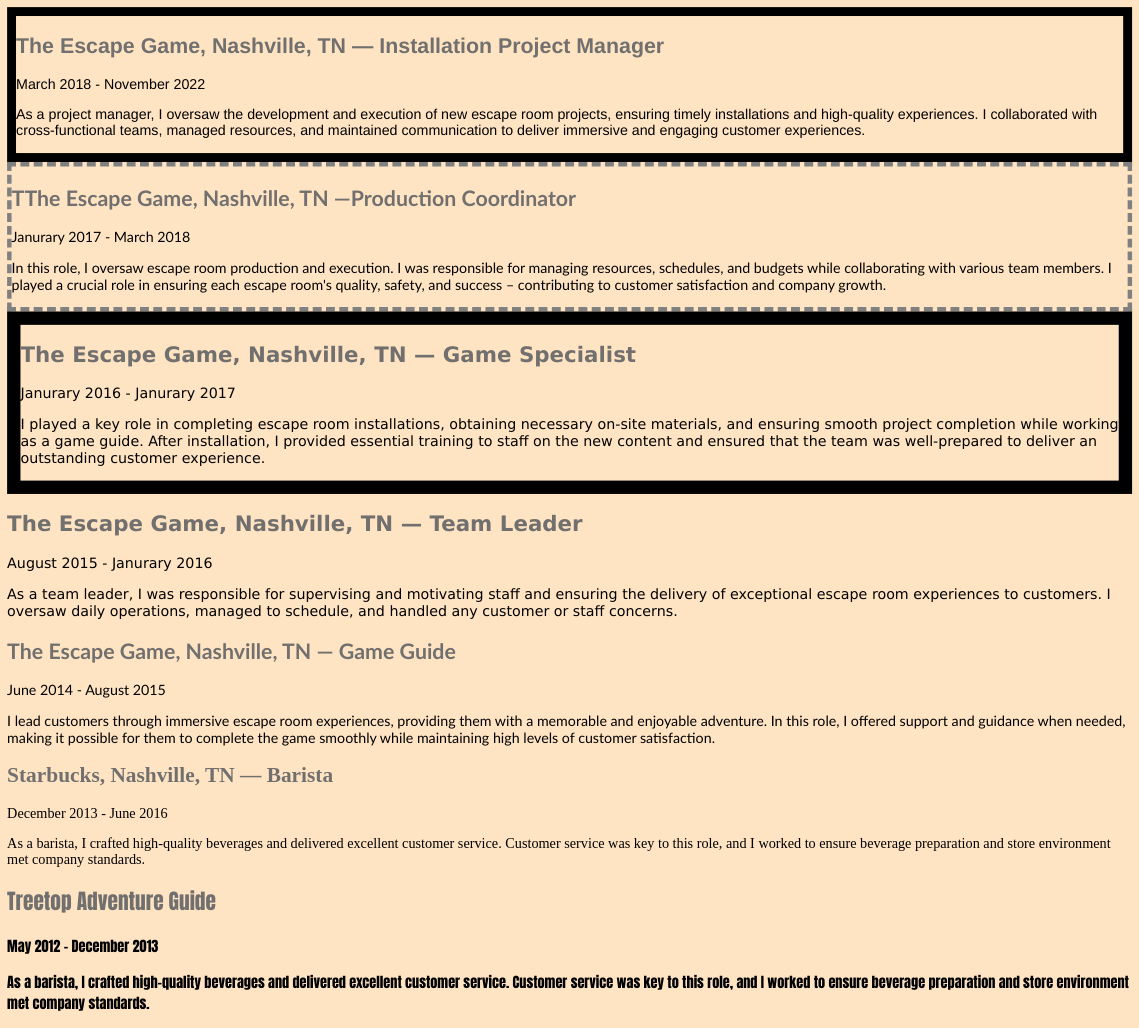
Repository: jgramirez0210/LAB-HTML-Resume
Page: index.html
The author's editor kept a copy of each file at every save. The page is drawn from the files as they stood at one save, then again after a run of saves.
The browser window is 1280 px wide. The pictures show the whole page, at 89% of full size.

Above is the page before, as saved 2023-10-10 15:36:00.

### index.html
<!DOCTYPE html>
<html lang="en">
<head>
  <meta charset="UTF-8">
  <meta name="viewport" content="width=device-width, initial-scale=1.0">
  <title>Jesse's Work Experience</title>
  <link rel="stylesheet" href="main.css">
</head>
<body>
  <article id="job7">
    <h2>The Escape Game, Nashville, TN — Installation Project Manager </h2>
    <time datetime="2018-03" >March 2018</time> - <time datetime="2022-10" >November 2022</time></time>
    <p>As a project manager, I oversaw the development and execution of new escape room projects, ensuring timely installations and high-quality experiences. I collaborated with cross-functional teams, managed resources, and maintained communication to deliver immersive and engaging customer experiences.</p>
  </article>
  <article id="job6">
    <h2>TThe Escape Game, Nashville, TN —Production Coordinator</h2>
    <time datetime="2017-01" >Janurary 2017</time> - <time datetime="2018-3" >March 2018</time></time>
    <p>In this role, I oversaw escape room production and execution. I was responsible for managing resources, schedules, and budgets while collaborating with various team members. I played a crucial role in ensuring each escape room's quality, safety, and success – contributing to customer satisfaction and company growth.
    </p>
  </article>
  <article id="job5">
    <h2>The Escape Game, Nashville, TN — Game Specialist</h2>
    <time datetime="2016-01" >Janurary 2016</time> - <time datetime="2017-01" >Janurary 2017</time></time>
    <p>I played a key role in completing escape room installations, obtaining necessary on-site materials, and ensuring smooth project completion while working as a game guide. After installation, I provided essential training to staff on the new content and ensured that the team was well-prepared to deliver an outstanding customer experience.
    </p>
  </article>
  <article id="job4">
    <h2>The Escape Game, Nashville, TN — Team Leader</h2>
    <time datetime="2015-0" >August 2015</time> - <time datetime="2016-01" >Janurary 2016</time></time>
    <p>As a team leader, I was responsible for supervising and motivating staff and ensuring the delivery of exceptional escape room experiences to customers. I oversaw daily operations, managed to schedule, and handled any customer or staff concerns.
    </p>
  </article>
  <article id="job3">
    <h2>The Escape Game, Nashville, TN — Game Guide</h2>
    <time datetime="2014-06" >June 2014</time> - <time datetime="2015-08" >August 2015</time></time>
    <p>I lead customers through immersive escape room experiences, providing them with a memorable and enjoyable adventure. In this role, I offered support and guidance when needed, making it possible for them to complete the game smoothly while maintaining high levels of customer satisfaction.
    </p>
  </article>
  <article id="job2">
    <h2>Starbucks, Nashville, TN — Barista</h2>
    <time datetime="2013-12" >December 2013</time> - <time datetime="2014-06" >June 2016</time></time>
    <p>As a barista, I crafted high-quality beverages and delivered excellent customer service. Customer service was key to this role, and I worked to ensure beverage preparation and store environment met company standards.
    </p>
  </article>
  <article id="job1">
    <h2>Treetop Adventure Guide</h2>
    <time datetime="2012-05" >May 2012</time> - <time datetime="2013-12" >December 2013</time></time>
    <p>As a barista, I crafted high-quality beverages and delivered excellent customer service. Customer service was key to this role, and I worked to ensure beverage preparation and store environment met company standards.
    </p>
  </article>
  <script src="main.js"></script>
</body>
</html>

### main.css
#job7 {
  font-family:'Franklin Gothic Medium', 'Arial Narrow', Arial, sans-serif;
  border: 10px solid black;
}
#job6 {
  font-family:'Gill Sans', 'Gill Sans MT', Calibri, 'Trebuchet MS', sans-serif;
  border: 5px dashed gray;
}
#job5 {
  font-family:'Lucida Sans', 'Lucida Sans Regular', 'Lucida Grande', 'Lucida Sans Unicode', Geneva, Verdana, sans-serif;
  border: 15px solid
}
#job4 {
  font-family:Verdana, Geneva, Tahoma, sans-serif;
}
#job3 {
  font-family:'Trebuchet MS', 'Lucida Sans Unicode', 'Lucida Grande', 'Lucida Sans', Arial, sans-serif;
}
#job2 {
  font-family:'Times New Roman', Times, serif;
}
#job1 {
  font-family:Impact, Haettenschweiler, 'Arial Narrow Bold', sans-serif
}
h2 {
  color: #71706e;
}
body {
background-color: bisque;
}

Loaded but not shown: main.js (no stored copy; drawn as an empty file)

After the next 2 saves:
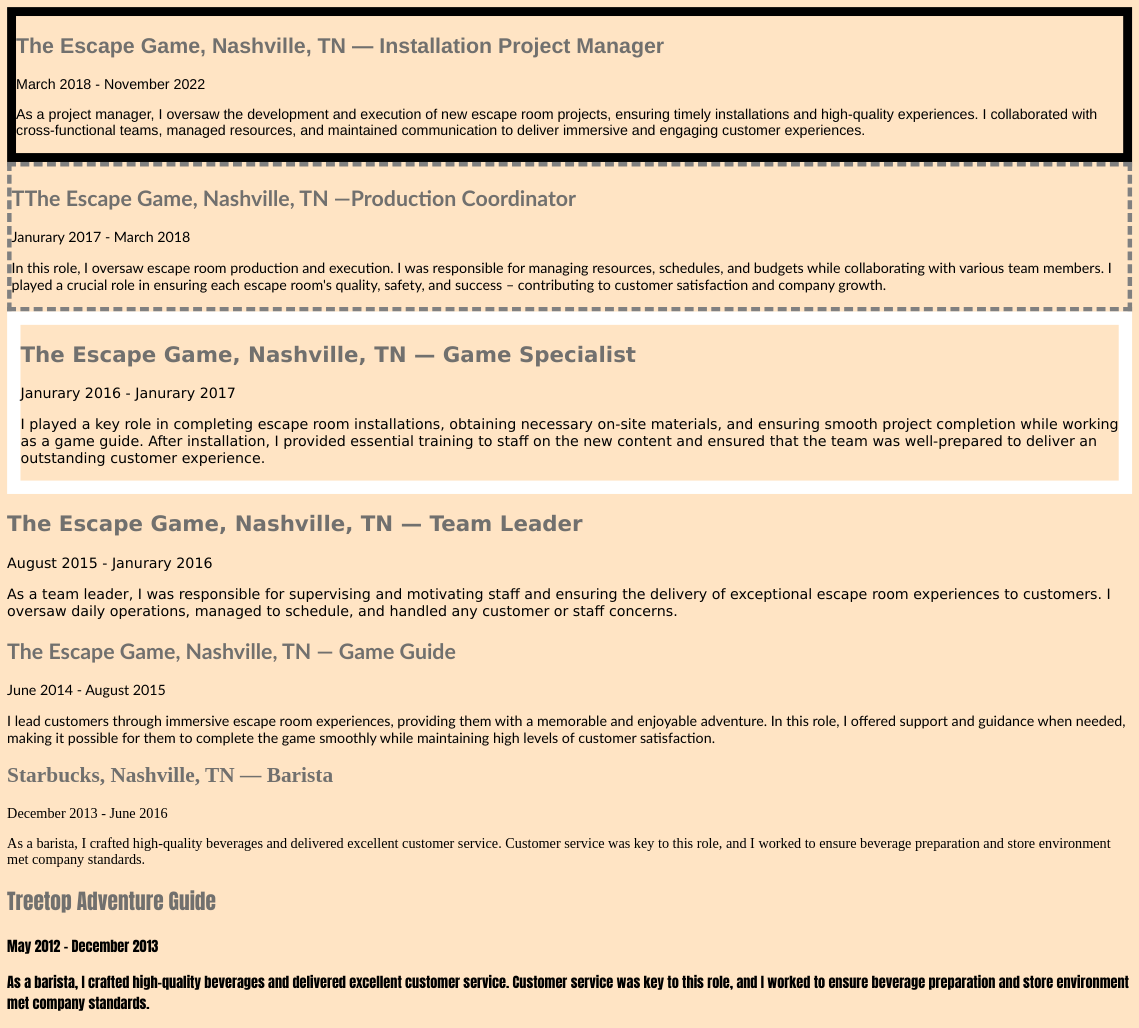
The 2 saves are shown as one change because they came seconds apart.
The last was saved 5 s later.
--- a/main.css
+++ b/main.css
@@ -8,7 +8,7 @@
 }
 #job5 {
   font-family:'Lucida Sans', 'Lucida Sans Regular', 'Lucida Grande', 'Lucida Sans Unicode', Geneva, Verdana, sans-serif;
-  border: 15px solid
+  border: 15px solid white;
 }
 #job4 {
   font-family:Verdana, Geneva, Tahoma, sans-serif;
